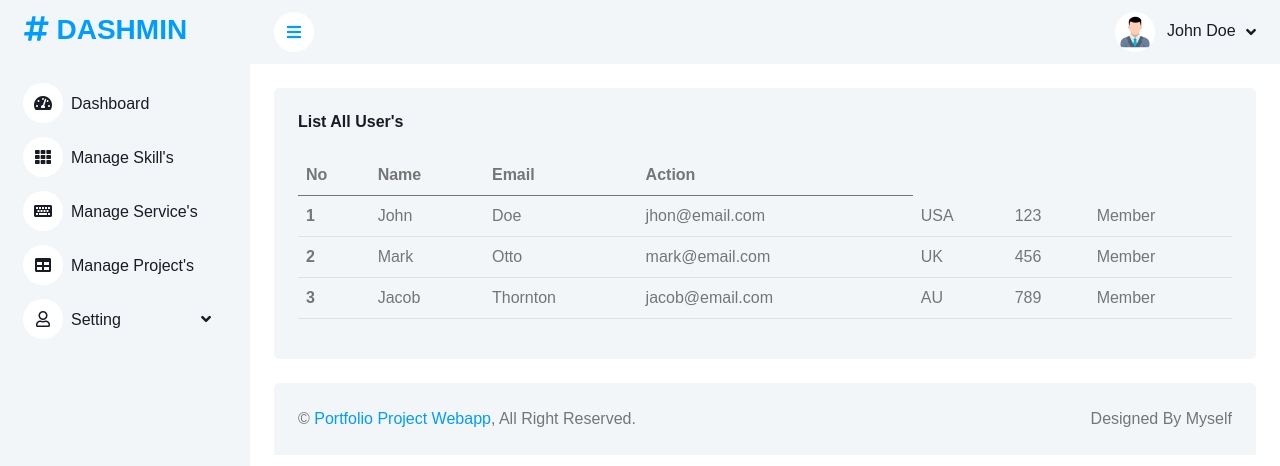
Repository: h4fizm/management-portfolio-project-webapp
Page: http://localhost/manage-user
The author's editor kept a copy of each file at every save. The page is drawn from the files as they stood at one save, then again after the next save.
The browser window is 1280 px wide. The pictures show the whole page.
Some web fonts or font styles are not loaded; a fallback is used. Some web libraries are served in a nearby version. The page is served by the project's Laravel application, run on PHP 8.4 with Laravel 12. A made-up administrator, Test User (test@example.com), is signed in. Other server files are loaded and not shown.

Above is the page before, as saved 2025-01-15 03:19:17.
Console error: TypeError: Cannot read properties of undefined (reading 'getContext')

### routes/web.php
<?php

use Illuminate\Support\Facades\Route;
use App\Http\Controllers\AuthController;
use App\Http\Controllers\DashboardController;
use App\Http\Controllers\ProfileController;

Route::get('/', function () {
    return view('LandingPage');
});

Route::get('/login', [AuthController::class, 'showLoginPage'])->name('login.page');
Route::post('/login', [AuthController::class, 'login'])->name('login');

Route::get('/register', [AuthController::class, 'showRegisterPage'])->name('register.page');
Route::post('/register', [AuthController::class, 'register'])->name('register');

Route::post('/logout', [AuthController::class, 'logout'])->name('logout');

// Lindungi route dashboard dengan middleware auth
Route::get('/dashboard', [DashboardController::class, 'showMainPage'])->middleware('auth')->name('dashboard');
Route::get('/manage-user', [ProfileController::class, 'showManageUserPage'])->middleware('auth')->name('manage-user');
Route::get('/profile', [ProfileController::class, 'showProfilePage'])->middleware('auth')->name('profile');

### app/Models/User.php
<?php

namespace App\Models;

use Illuminate\Database\Eloquent\Factories\HasFactory;
use Illuminate\Database\Eloquent\Model;
use Illuminate\Foundation\Auth\User as Authenticatable;

class User extends Authenticatable
{
    use HasFactory;

    // Tentukan tabel yang digunakan
    protected $table = 'user';

    // Tentukan kolom yang dapat diisi
    protected $fillable = ['name', 'email', 'password', 'upload_resume'];

    // Sembunyikan kolom tertentu saat serialisasi
    protected $hidden = ['password', 'remember_token'];
}

### app/Http/Controllers/ProfileController.php
<?php

namespace App\Http\Controllers;

use Illuminate\Http\Request;

class ProfileController extends Controller
{
    public function showProfilePage()
    {
        return view('menu.profile');
    }
    public function showManageUserPage()
    {
        return view('menu.manage-user');
    }
}

### resources/views/menu/manage-user.blade.php
@extends('MainPage')
@section('title', 'Manage User')
@section('content')
<div class="container-fluid pt-4 px-4">
  <div class="col-12">
    <div class="bg-light rounded h-100 p-4">
        <h6 class="mb-4">List All User's</h6>
        <div class="table-responsive">
            <table class="table">
                <thead>
                    <tr>
                        <th scope="col">No</th>
                        <th scope="col">Name</th>
                        <th scope="col">Email</th>
                        <th scope="col">Action</th>
                    </tr>
                </thead>
                <tbody>
                    <tr>
                        <th scope="row">1</th>
                        <td>John</td>
                        <td>Doe</td>
                        <td>jhon@email.com</td>
                        <td>USA</td>
                        <td>123</td>
                        <td>Member</td>
                    </tr>
                    <tr>
                        <th scope="row">2</th>
                        <td>Mark</td>
                        <td>Otto</td>
                        <td>mark@email.com</td>
                        <td>UK</td>
                        <td>456</td>
                        <td>Member</td>
                    </tr>
                    <tr>
                        <th scope="row">3</th>
                        <td>Jacob</td>
                        <td>Thornton</td>
                        <td>jacob@email.com</td>
                        <td>AU</td>
                        <td>789</td>
                        <td>Member</td>
                    </tr>
                </tbody>
            </table>
        </div>
    </div>
</div>
</div>
@endsection

### resources/views/MainPage.blade.php
<!DOCTYPE html>
<html lang="en">

<head>
    <meta charset="utf-8">
    <title>@yield('title')</title>
    <meta content="width=device-width, initial-scale=1.0" name="viewport">
    <meta content="" name="keywords">
    <meta content="" name="description">

    <!-- Favicon -->
    <link href="img/favicon.ico" rel="icon">

    <!-- Google Web Fonts -->
    <link rel="preconnect" href="https://fonts.googleapis.com">
    <link rel="preconnect" href="https://fonts.gstatic.com" crossorigin>
    <link href="https://fonts.googleapis.com/css2?family=Heebo:wght@400;500;600;700&display=swap" rel="stylesheet">

    <!-- Icon Font Stylesheet -->
    <link href="https://cdnjs.cloudflare.com/ajax/libs/font-awesome/5.10.0/css/all.min.css" rel="stylesheet">
    <link href="https://cdn.jsdelivr.net/npm/bootstrap-icons@1.4.1/font/bootstrap-icons.css" rel="stylesheet">

    <!-- Libraries Stylesheet -->
    <link href="{{ asset('DashPage/lib/owlcarousel/assets/owl.carousel.min.css')}}" rel="stylesheet">
    <link href="{{ asset('DashPage/lib/tempusdominus/css/tempusdominus-bootstrap-4.min.css')}}" rel="stylesheet" />

    <!-- Customized Bootstrap Stylesheet -->
    <link href="{{ asset('DashPage/css/bootstrap.min.css')}}" rel="stylesheet">

    <!-- Template Stylesheet -->
    <link href="{{ asset('DashPage/css/style.css')}}" rel="stylesheet">
</head>

<body>
    <div class="container-xxl position-relative bg-white d-flex p-0">
        <!-- Spinner Start -->
        <div id="spinner" class="show bg-white position-fixed translate-middle w-100 vh-100 top-50 start-50 d-flex align-items-center justify-content-center">
            <div class="spinner-border text-primary" style="width: 3rem; height: 3rem;" role="status">
                <span class="sr-only">Loading...</span>
            </div>
        </div>
        <!-- Spinner End -->


        <!-- Sidebar Start -->
        @include('partials.sidebar')
        <!-- Sidebar End -->


        <!-- Content Start -->
        <div class="content">
            <!-- Navbar Start -->
            @include('partials.header')
            <!-- Navbar End -->


            <!-- Main Content -->
             @yield('content')
            <!-- End Main Content -->

            <!-- Footer Start -->
             @include('partials.footer')
            <!-- Footer End -->
        </div>
        <!-- Content End -->


        <!-- Back to Top -->
        {{-- <a href="#" class="btn btn-lg btn-primary btn-lg-square back-to-top"><i class="bi bi-arrow-up"></i></a> --}}
    </div>

    <!-- JavaScript Libraries -->
    <script src="https://code.jquery.com/jquery-3.4.1.min.js"></script>
    <script src="https://cdn.jsdelivr.net/npm/bootstrap@5.0.0/dist/js/bootstrap.bundle.min.js"></script>
    <script src="{{ asset('DashPage/lib/chart/chart.min.js')}}"></script>
    <script src="{{ asset('DashPage/lib/easing/easing.min.js')}}"></script>
    <script src="{{ asset('DashPage/lib/waypoints/waypoints.min.js')}}"></script>
    <script src="{{ asset('DashPage/lib/owlcarousel/owl.carousel.min.js')}}"></script>
    <script src="{{ asset('DashPage/lib/tempusdominus/js/moment.min.js')}}"></script>
    <script src="{{ asset('DashPage/lib/tempusdominus/js/moment-timezone.min.js')}}"></script>
    <script src="{{ asset('DashPage/lib/tempusdominus/js/tempusdominus-bootstrap-4.min.js')}}"></script>

    <!-- Template Javascript -->
    <script src="{{ asset('DashPage/js/main.js')}}"></script>
</body>

</html>

### resources/views/partials/sidebar.blade.php
<div class="sidebar pe-4 pb-3">
    <nav class="navbar bg-light navbar-light">
        <a href="{{ route('dashboard') }}" class="navbar-brand mx-4 mb-3">
            <h3 class="text-primary"><i class="fa fa-hashtag me-2"></i>DASHMIN</h3>
        </a>
        <div class="navbar-nav w-100">
            <a href="{{ route('dashboard') }}" class="nav-item nav-link @if(Route::currentRouteName() == 'dashboard') active @endif">
                <i class="fa fa-tachometer-alt me-2"></i>Dashboard
            </a>
            <a href="#" class="nav-item nav-link">
                <i class="fa fa-th me-2"></i>Manage Skill's
            </a>
            <a href="#" class="nav-item nav-link">
                <i class="fa fa-keyboard me-2"></i>Manage Service's
            </a>
            <a href="#" class="nav-item nav-link">
                <i class="fa fa-table me-2"></i>Manage Project's
            </a>
            <div class="nav-item dropdown">
                <a href="#" class="nav-link dropdown-toggle" data-bs-toggle="dropdown">
                    <i class="far fa-user me-2"></i>Setting
                </a>
                <div class="dropdown-menu bg-transparent border-0">
                    <a href="{{ route('manage-user') }}" class="dropdown-item">Manage User</a>
                    <a href="{{ route('profile') }}" class="dropdown-item @if(Route::currentRouteName() == 'profile') active @endif">My Profile</a>
                </div>
            </div>
        </div>
    </nav>
</div>

### resources/views/partials/header.blade.php
<nav class="navbar navbar-expand bg-light navbar-light sticky-top px-4 py-0">
    <a href="index.html" class="navbar-brand d-flex d-lg-none me-4">
        <h2 class="text-primary mb-0"><i class="fa fa-hashtag"></i></h2>
    </a>
    <a href="#" class="sidebar-toggler flex-shrink-0">
        <i class="fa fa-bars"></i>
    </a>
    <div class="navbar-nav align-items-center ms-auto">
        <div class="nav-item dropdown">
            <a href="#" class="nav-link dropdown-toggle" data-bs-toggle="dropdown">
                <img class="rounded-circle me-lg-2" src="{{ asset('DashPage/img/user.jpg') }}" alt="" style="width: 40px; height: 40px;">
                <span class="d-none d-lg-inline-flex">John Doe</span>
            </a>
            <div class="dropdown-menu dropdown-menu-end bg-light border-0 rounded-0 rounded-bottom m-0">
                <a href="#" class="dropdown-item">My Profile</a>
                <a href="#" class="dropdown-item" onclick="event.preventDefault(); document.getElementById('logout-form').submit();">
                    Log Out
                </a>
                <form id="logout-form" action="{{ route('logout') }}" method="POST" style="display: none;">
                    @csrf
                </form>
            </div>
        </div>
    </div>
</nav>

### resources/views/partials/footer.blade.php
<div class="container-fluid pt-4 px-4">
    <div class="bg-light rounded-top p-4">
        <div class="row">
            <div class="col-12 col-sm-6 text-center text-sm-start">
                &copy; <a href="">Portfolio Project Webapp</a>, All Right Reserved.
            </div>
            <div class="col-12 col-sm-6 text-center text-sm-end">
                <!--/*** This template is free as long as you keep the footer author’s credit link/attribution link/backlink. If you'd like to use the template without the footer author’s credit link/attribution link/backlink, you can purchase the Credit Removal License from "https://htmlcodex.com/credit-removal". Thank you for your support. ***/-->
                Designed By Myself</a>
            </div>
        </div>
    </div>
</div>

### public/DashPage/css/style.css
/********** Template CSS **********/
:root {
    --primary: #009CFF;
    --light: #F3F6F9;
    --dark: #191C24;
}

.back-to-top {
    position: fixed;
    display: none;
    right: 45px;
    bottom: 45px;
    z-index: 99;
}


/*** Spinner ***/
#spinner {
    opacity: 0;
    visibility: hidden;
    transition: opacity .5s ease-out, visibility 0s linear .5s;
    z-index: 99999;
}

#spinner.show {
    transition: opacity .5s ease-out, visibility 0s linear 0s;
    visibility: visible;
    opacity: 1;
}


/*** Button ***/
.btn {
    transition: .5s;
}

.btn.btn-primary {
    color: #FFFFFF;
}

.btn-square {
    width: 38px;
    height: 38px;
}

.btn-sm-square {
    width: 32px;
    height: 32px;
}

.btn-lg-square {
    width: 48px;
    height: 48px;
}

.btn-square,
.btn-sm-square,
.btn-lg-square {
    padding: 0;
    display: inline-flex;
    align-items: center;
    justify-content: center;
    font-weight: normal;
    border-radius: 50px;
}


/*** Layout ***/
.sidebar {
    position: fixed;
    top: 0;
    left: 0;
    bottom: 0;
    width: 250px;
    height: 100vh;
    overflow-y: auto;
    background: var(--light);
    transition: 0.5s;
    z-index: 999;
}

.content {
    margin-left: 250px;
    min-height: 100vh;
    background: #FFFFFF;
    transition: 0.5s;
}

@media (min-width: 992px) {
    .sidebar {
        margin-left: 0;
    }

    .sidebar.open {
        margin-left: -250px;
    }

    .content {
        width: calc(100% - 250px);
    }

    .content.open {
        width: 100%;
        margin-left: 0;
    }
}

@media (max-width: 991.98px) {
    .sidebar {
        margin-left: -250px;
    }

    .sidebar.open {
        margin-left: 0;
    }

    .content {
        width: 100%;
        margin-left: 0;
    }
}


/*** Navbar ***/
.sidebar .navbar .navbar-nav .nav-link {
    padding: 7px 20px;
    color: var(--dark);
    font-weight: 500;
    border-left: 3px solid var(--light);
    border-radius: 0 30px 30px 0;
    outline: none;
}

.sidebar .navbar .navbar-nav .nav-link:hover,
.sidebar .navbar .navbar-nav .nav-link.active {
    color: var(--primary);
    background: #FFFFFF;
    border-color: var(--primary);
}

.sidebar .navbar .navbar-nav .nav-link i {
    width: 40px;
    height: 40px;
    display: inline-flex;
    align-items: center;
    justify-content: center;
    background: #FFFFFF;
    border-radius: 40px;
}

.sidebar .navbar .navbar-nav .nav-link:hover i,
.sidebar .navbar .navbar-nav .nav-link.active i {
    background: var(--light);
}

.sidebar .navbar .dropdown-toggle::after {
    position: absolute;
    top: 15px;
    right: 15px;
    border: none;
    content: "\f107";
    font-family: "Font Awesome 5 Free";
    font-weight: 900;
    transition: .5s;
}

.sidebar .navbar .dropdown-toggle[aria-expanded=true]::after {
    transform: rotate(-180deg);
}

.sidebar .navbar .dropdown-item {
    padding-left: 25px;
    border-radius: 0 30px 30px 0;
}

.content .navbar .navbar-nav .nav-link {
    margin-left: 25px;
    padding: 12px 0;
    color: var(--dark);
    outline: none;
}

.content .navbar .navbar-nav .nav-link:hover,
.content .navbar .navbar-nav .nav-link.active {
    color: var(--primary);
}

.content .navbar .sidebar-toggler,
.content .navbar .navbar-nav .nav-link i {
    width: 40px;
    height: 40px;
    display: inline-flex;
    align-items: center;
    justify-content: center;
    background: #FFFFFF;
    border-radius: 40px;
}

.content .navbar .dropdown-toggle::after {
    margin-left: 6px;
    vertical-align: middle;
    border: none;
    content: "\f107";
    font-family: "Font Awesome 5 Free";
    font-weight: 900;
    transition: .5s;
}

.content .navbar .dropdown-toggle[aria-expanded=true]::after {
    transform: rotate(-180deg);
}

@media (max-width: 575.98px) {
    .content .navbar .navbar-nav .nav-link {
        margin-left: 15px;
    }
}


/*** Date Picker ***/
.bootstrap-datetimepicker-widget.bottom {
    top: auto !important;
}

.bootstrap-datetimepicker-widget .table * {
    border-bottom-width: 0px;
}

.bootstrap-datetimepicker-widget .table th {
    font-weight: 500;
}

.bootstrap-datetimepicker-widget.dropdown-menu {
    padding: 10px;
    border-radius: 2px;
}

.bootstrap-datetimepicker-widget table td.active,
.bootstrap-datetimepicker-widget table td.active:hover {
    background: var(--primary);
}

.bootstrap-datetimepicker-widget table td.today::before {
    border-bottom-color: var(--primary);
}


/*** Testimonial ***/
.progress .progress-bar {
    width: 0px;
    transition: 2s;
}


/*** Testimonial ***/
.testimonial-carousel .owl-dots {
    margin-top: 24px;
    display: flex;
    align-items: flex-end;
    justify-content: center;
}

.testimonial-carousel .owl-dot {
    position: relative;
    display: inline-block;
    margin: 0 5px;
    width: 15px;
    height: 15px;
    border: 5px solid var(--primary);
    border-radius: 15px;
    transition: .5s;
}

.testimonial-carousel .owl-dot.active {
    background: var(--dark);
    border-color: var(--primary);
}

### public/DashPage/js/main.js
(function ($) {
    "use strict";

    // Spinner
    var spinner = function () {
        setTimeout(function () {
            if ($('#spinner').length > 0) {
                $('#spinner').removeClass('show');
            }
        }, 1);
    };
    spinner();


    // Back to top button
    $(window).scroll(function () {
        if ($(this).scrollTop() > 300) {
            $('.back-to-top').fadeIn('slow');
        } else {
            $('.back-to-top').fadeOut('slow');
        }
    });
    $('.back-to-top').click(function () {
        $('html, body').animate({scrollTop: 0}, 1500, 'easeInOutExpo');
        return false;
    });


    // Sidebar Toggler
    $('.sidebar-toggler').click(function () {
        $('.sidebar, .content').toggleClass("open");
        return false;
    });


    // Progress Bar
    $('.pg-bar').waypoint(function () {
        $('.progress .progress-bar').each(function () {
            $(this).css("width", $(this).attr("aria-valuenow") + '%');
        });
    }, {offset: '80%'});


    // Calender
    $('#calender').datetimepicker({
        inline: true,
        format: 'L'
    });


    // Testimonials carousel
    $(".testimonial-carousel").owlCarousel({
        autoplay: true,
        smartSpeed: 1000,
        items: 1,
        dots: true,
        loop: true,
        nav : false
    });


    // Worldwide Sales Chart
    var ctx1 = $("#worldwide-sales").get(0).getContext("2d");
    var myChart1 = new Chart(ctx1, {
        type: "bar",
        data: {
            labels: ["2016", "2017", "2018", "2019", "2020", "2021", "2022"],
            datasets: [{
                    label: "USA",
                    data: [15, 30, 55, 65, 60, 80, 95],
                    backgroundColor: "rgba(0, 156, 255, .7)"
                },
                {
                    label: "UK",
                    data: [8, 35, 40, 60, 70, 55, 75],
                    backgroundColor: "rgba(0, 156, 255, .5)"
                },
                {
                    label: "AU",
                    data: [12, 25, 45, 55, 65, 70, 60],
                    backgroundColor: "rgba(0, 156, 255, .3)"
                }
            ]
            },
        options: {
            responsive: true
        }
    });


    // Salse & Revenue Chart
    var ctx2 = $("#salse-revenue").get(0).getContext("2d");
    var myChart2 = new Chart(ctx2, {
        type: "line",
        data: {
            labels: ["2016", "2017", "2018", "2019", "2020", "2021", "2022"],
            datasets: [{
                    label: "Salse",
                    data: [15, 30, 55, 45, 70, 65, 85],
                    backgroundColor: "rgba(0, 156, 255, .5)",
                    fill: true
                },
                {
                    label: "Revenue",
                    data: [99, 135, 170, 130, 190, 180, 270],
                    backgroundColor: "rgba(0, 156, 255, .3)",
                    fill: true
                }
            ]
            },
        options: {
            responsive: true
        }
    });



    // Single Line Chart
    var ctx3 = $("#line-chart").get(0).getContext("2d");
    var myChart3 = new Chart(ctx3, {
        type: "line",
        data: {
            labels: [50, 60, 70, 80, 90, 100, 110, 120, 130, 140, 150],
            datasets: [{
                label: "Salse",
                fill: false,
                backgroundColor: "rgba(0, 156, 255, .3)",
                data: [7, 8, 8, 9, 9, 9, 10, 11, 14, 14, 15]
            }]
        },
        options: {
            responsive: true
        }
    });


    // Single Bar Chart
    var ctx4 = $("#bar-chart").get(0).getContext("2d");
    var myChart4 = new Chart(ctx4, {
        type: "bar",
        data: {
            labels: ["Italy", "France", "Spain", "USA", "Argentina"],
            datasets: [{
                backgroundColor: [
                    "rgba(0, 156, 255, .7)",
                    "rgba(0, 156, 255, .6)",
                    "rgba(0, 156, 255, .5)",
                    "rgba(0, 156, 255, .4)",
                    "rgba(0, 156, 255, .3)"
                ],
                data: [55, 49, 44, 24, 15]
            }]
        },
        options: {
            responsive: true
        }
    });


    // Pie Chart
    var ctx5 = $("#pie-chart").get(0).getContext("2d");
    var myChart5 = new Chart(ctx5, {
        type: "pie",
        data: {
            labels: ["Italy", "France", "Spain", "USA", "Argentina"],
            datasets: [{
                backgroundColor: [
                    "rgba(0, 156, 255, .7)",
                    "rgba(0, 156, 255, .6)",
                    "rgba(0, 156, 255, .5)",
                    "rgba(0, 156, 255, .4)",
                    "rgba(0, 156, 255, .3)"
                ],
                data: [55, 49, 44, 24, 15]
            }]
        },
        options: {
            responsive: true
        }
    });


    // Doughnut Chart
    var ctx6 = $("#doughnut-chart").get(0).getContext("2d");
    var myChart6 = new Chart(ctx6, {
        type: "doughnut",
        data: {
            labels: ["Italy", "France", "Spain", "USA", "Argentina"],
            datasets: [{
                backgroundColor: [
                    "rgba(0, 156, 255, .7)",
                    "rgba(0, 156, 255, .6)",
                    "rgba(0, 156, 255, .5)",
                    "rgba(0, 156, 255, .4)",
                    "rgba(0, 156, 255, .3)"
                ],
                data: [55, 49, 44, 24, 15]
            }]
        },
        options: {
            responsive: true
        }
    });


})(jQuery);

Loaded but not shown: app/Http/Controllers/Controller.php (common file); public/DashPage/lib/owlcarousel/assets/owl.carousel.min.css (common file); public/DashPage/lib/tempusdominus/css/tempusdominus-bootstrap-4.min.css (library); public/DashPage/css/bootstrap.min.css (library); public/DashPage/lib/chart/chart.min.js (library); public/DashPage/lib/easing/easing.min.js (common file); public/DashPage/lib/waypoints/waypoints.min.js (library); public/DashPage/lib/owlcarousel/owl.carousel.min.js (library); public/DashPage/lib/tempusdominus/js/moment.min.js (library); public/DashPage/lib/tempusdominus/js/moment-timezone.min.js (library); public/DashPage/lib/tempusdominus/js/tempusdominus-bootstrap-4.min.js (library)

After the next save:
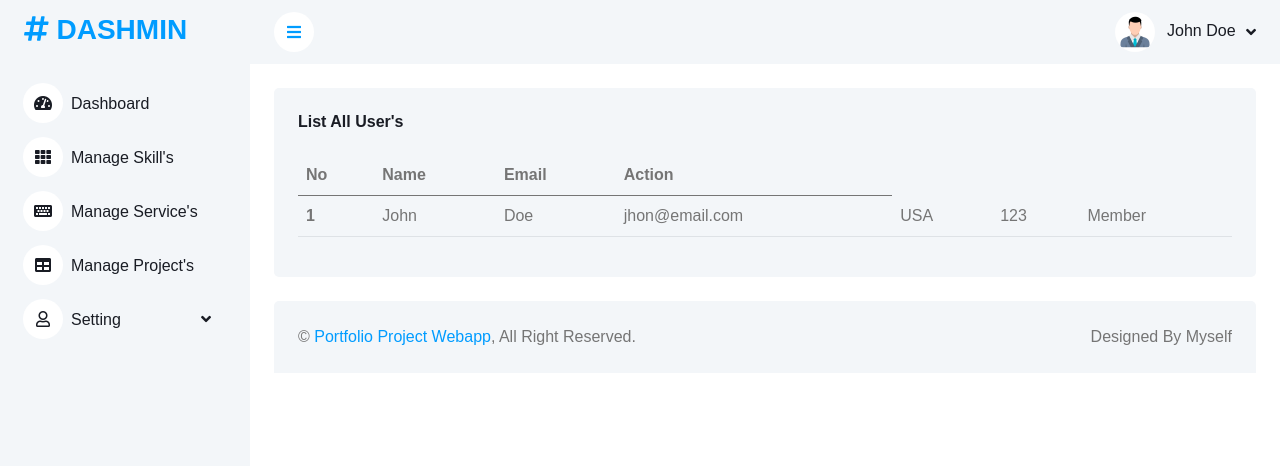
Saved 14 s later.
--- a/resources/views/menu/manage-user.blade.php
+++ b/resources/views/menu/manage-user.blade.php
@@ -25,24 +25,7 @@
                         <td>123</td>
                         <td>Member</td>
                     </tr>
-                    <tr>
-                        <th scope="row">2</th>
-                        <td>Mark</td>
-                        <td>Otto</td>
-                        <td>mark@email.com</td>
-                        <td>UK</td>
-                        <td>456</td>
-                        <td>Member</td>
-                    </tr>
-                    <tr>
-                        <th scope="row">3</th>
-                        <td>Jacob</td>
-                        <td>Thornton</td>
-                        <td>jacob@email.com</td>
-                        <td>AU</td>
-                        <td>789</td>
-                        <td>Member</td>
-                    </tr>
+
                 </tbody>
             </table>
         </div>
